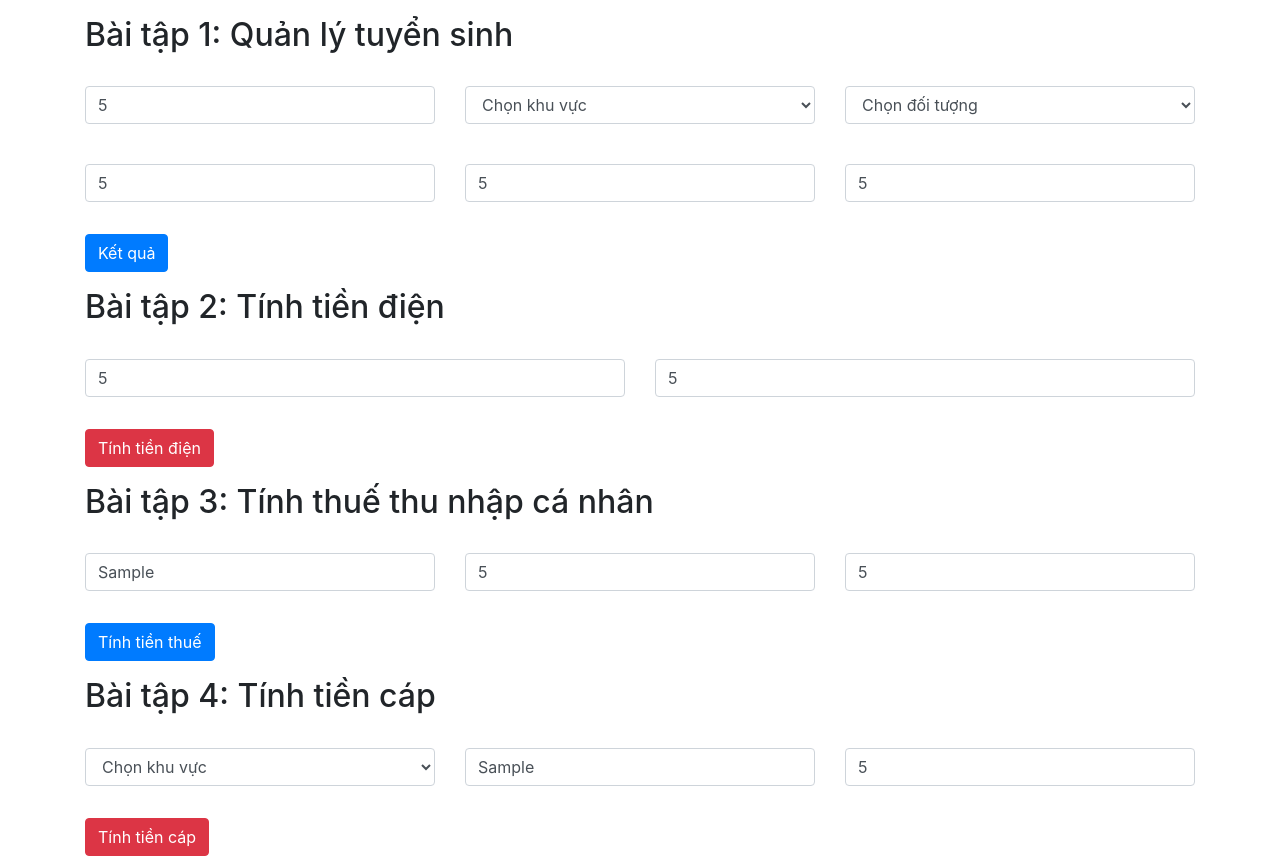
Repository: thanhfrankie/BC10-LeMinhThanh-Js-b5
Page: index.html
An editor plug-in stored every save of this project. The page is shown before and after a run of saves, followed by the edit.
The browser window is 1280 px wide. The pictures show the whole page.
Empty fields were first filled with sample values (such as "Sample", 5 or name@example.com).
After loading, the first visible `#ket-qua-tuyen-sinh` was clicked once.

Above is the page before, as saved 2023-12-15 19:51:33.
Console error: SyntaxError: Unexpected token ')'

### index.html
<!DOCTYPE html>
<html lang="en">
  <head>
    <title>Title</title>
    <!-- Required meta tags -->
    <meta charset="utf-8" />
    <meta
      name="viewport"
      content="width=device-width, initial-scale=1, shrink-to-fit=no"
    />

    <!-- Bootstrap CSS -->
    <link
      rel="stylesheet"
      href="https://stackpath.bootstrapcdn.com/bootstrap/4.3.1/css/bootstrap.min.css"
      integrity="sha384-ggOyR0iXCbMQv3Xipma34MD+dH/1fQ784/j6cY/iJTQUOhcWr7x9JvoRxT2MZw1T"
      crossorigin="anonymous"
    />
  </head>
  <body>
    <!-- Bài tập 1 -->
    <div class="container">
      <h2 class="mt-3">Bài tập 1: Quản lý tuyển sinh</h2>
      <div class="row">
        <div class="col-sm-4">
          <div class="form-group">
            <label for="luong-mot-ngay"></label>
            <input
              type="number"
              class="form-control"
              name=""
              id="luong-mot-ngay"
              aria-describedby="helpId"
              placeholder="Nhập lương một ngày"
              required
            />
          </div>
        </div>
        <div class="col-sm-4">
          <div class="form-group">
            <label for="khu-vuc"></label>
            <select class="form-control" id="khu-vuc">
              <option selected>Chọn khu vực</option>
              <option>A</option>
              <option>B</option>
              <option>C</option>
            </select>
          </div>
        </div>
        <div class="col-sm-4">
          <div class="form-group">
            <label for="doi-tuong"></label>
            <select class="form-control" id="doi-tuong">
              <option selected>Chọn đối tượng</option>
              <option>1</option>
              <option>2</option>
              <option>3</option>
            </select>
          </div>
        </div>
      </div>
      <div class="row">
        <div class="col-sm-4">
          <div class="form-group">
            <label for="diem-mon-thu-1"></label>
            <input
              type="number"
              class="form-control"
              name=""
              id="diem-mon-thu-1"
              aria-describedby="helpId"
              placeholder="Điểm môn thứ 1"
              required
            />
          </div>
        </div>
        <div class="col-sm-4">
          <div class="form-group">
            <label for="diem-mon-thu-2"></label>
            <input
              type="number"
              class="form-control"
              name=""
              id="diem-mon-thu-2"
              aria-describedby="helpId"
              placeholder="Điểm môn thứ 2"
              required
            />
          </div>
        </div>
        <div class="col-sm-4">
          <div class="form-group">
            <label for="diem-mon-thu-3"></label>
            <input
              type="number"
              class="form-control"
              name=""
              id="diem-mon-thu-3"
              aria-describedby="helpId"
              placeholder="Điểm môn thứ 3"
              required
            />
          </div>
        </div>
      </div>
      <button
        type="button"
        onclick="tuyenSinh()"
        class="btn btn-primary mt-3"
        id="ket-qua-tuyen-sinh"
      >
        Kết quả
      </button>
      <h3 id="ket-qua-trung-binh" class="text-success"></h3>
    </div>
    <!-- Bài tập 2 -->
    <div class="container">
      <h2 class="mt-3">Bài tập 2: Tính tiền điện</h2>
      <div class="row">
        <div class="col-sm-6">
          <div class="form-group">
            <label for="so-luong-USD"></label>
            <input
              type="number"
              class="form-control"
              name=""
              id="so-luong-USD"
              aria-describedby="helpId"
              placeholder="Nhập số tiền USD"
              required
            />
          </div>
        </div>
        <div class="col-sm-6">
          <div class="form-group">
            <label for="so-luong-USD"></label>
            <input
              type="number"
              class="form-control"
              name=""
              id="so-luong-USD"
              aria-describedby="helpId"
              placeholder="Nhập số tiền USD"
              required
            />
          </div>
        </div>
      </div>
      <button type="button" onclick="quyDoiTien()" class="btn btn-danger mt-3">
        Tính tiền điện
      </button>

      <h3 id="so-luong-VND" class="text-success"></h3>
    </div>
    <!-- Bài tập 3-->
    <div class="container">
      <h2 class="mt-3">Bài tập 3: Tính thuế thu nhập cá nhân</h2>
      <div class="row">
        <div class="col-sm-4">
          <div class="form-group">
            <label for="so-luong-USD"></label>
            <input
              type="text"
              class="form-control"
              name=""
              id="so-luong-USD"
              aria-describedby="helpId"
              placeholder="Nhập số tiền USD"
              required
            />
          </div>
        </div>
        <div class="col-sm-4">
          <div class="form-group">
            <label for="so-luong-USD"></label>
            <input
              type="number"
              class="form-control"
              name=""
              id="so-luong-USD"
              aria-describedby="helpId"
              placeholder="Nhập số tiền USD"
              required
            />
          </div>
        </div>
        <div class="col-sm-4">
          <div class="form-group">
            <label for="so-luong-USD"></label>
            <input
              type="number"
              class="form-control"
              name=""
              id="so-luong-USD"
              aria-describedby="helpId"
              placeholder="Nhập số tiền USD"
              required
            />
          </div>
        </div>
      </div>
      <button type="button" onclick="quyDoiTien()" class="btn btn-primary mt-3">
        Tính tiền thuế
      </button>
      <h3 id="so-luong-VND" class="text-success"></h3>
    </div>
    <!-- Bài tập 4-->
    <div class="container">
      <h2 class="mt-3">Bài tập 4: Tính tiền cáp</h2>
      <div class="row">
        <div class="col-sm-4">
          <div class="form-group">
            <label for=""></label>
            <select class="form-control" id="">
              <option selected>Chọn khu vực</option>
              <option>A</option>
              <option>B</option>
              <option>C</option>
            </select>
          </div>
        </div>
        <div class="col-sm-4">
          <div class="form-group">
            <label for="so-luong-USD"></label>
            <input
              type="text"
              class="form-control"
              name=""
              id="so-luong-USD"
              aria-describedby="helpId"
              placeholder="Nhập số tiền USD"
              required
            />
          </div>
        </div>
        <div class="col-sm-4">
          <div class="form-group">
            <label for="so-luong-USD"></label>
            <input
              type="number"
              class="form-control"
              name=""
              id="so-luong-USD"
              aria-describedby="helpId"
              placeholder="Nhập số tiền USD"
              required
            />
          </div>
        </div>
      </div>
      <button type="button" onclick="quyDoiTien()" class="btn btn-danger mt-3">
        Tính tiền cáp
      </button>

      <h3 id="so-luong-VND" class="text-success"></h3>
    </div>

    <!-- Optional JavaScript -->
    <!-- jQuery first, then Popper.js, then Bootstrap JS -->
    <script
      src="https://code.jquery.com/jquery-3.3.1.slim.min.js"
      integrity="sha384-q8i/X+965DzO0rT7abK41JStQIAqVgRVzpbzo5smXKp4YfRvH+8abtTE1Pi6jizo"
      crossorigin="anonymous"
    ></script>
    <script
      src="https://cdnjs.cloudflare.com/ajax/libs/popper.js/1.14.7/umd/popper.min.js"
      integrity="sha384-UO2eT0CpHqdSJQ6hJty5KVphtPhzWj9WO1clHTMGa3JDZwrnQq4sF86dIHNDz0W1"
      crossorigin="anonymous"
    ></script>
    <script
      src="https://stackpath.bootstrapcdn.com/bootstrap/4.3.1/js/bootstrap.min.js"
      integrity="sha384-JjSmVgyd0p3pXB1rRibZUAYoIIy6OrQ6VrjIEaFf/nJGzIxFDsf4x0xIM+B07jRM"
      crossorigin="anonymous"
    ></script>
    <script src="./index.js"></script>
  </body>
</html>

### index.js
// Bài tập 1
/**
 * B1: tạo biến, lấy giá trị từ input
 * B2: Xét các trường hợp
 * + nếu có môn điểm 0 => rớt
 * + chọn điểm chuẩn: ví dụ: 25
 * + tính điểm ưu tiên
 * + tính điểm tổng kết = tổng 3 môn thi + điểm ưu tiên
 * + so sánh điểm tổng kết và điểm chuẩn để kết luận đậu hay rớt
 * + gán sự kiện cho button
 * B3: hiển thị kết quả
 */
function tuyenSinh() {
    var diemChuan = 25
    var diemMon1 = document.getElementById("diem-mon-thu-1").value*1
    var diemMon2 =document.getElementById("diem-mon-thu-2").value*1
    var diemMon3 = document.getElementById("diem-mon-thu-3").value * 1
    var tongDiem3Mon = diemMon1 + diemMon2 + diemMon3
    var khuVucA = 2
    var khuVucB = 1
    var khuVucC = 0.5
    var doiTuong1 = 2.5
    var doiTuong2 = 1.5
    var doiTuong3 = 1
    var isKhuVucUuTien = false
    var isDoiTuongUuTien = false
    var diemKhuVuc = document.getElementById("khu-vuc").value
    var diemDoiTuong = document.getElementById("doi-tuong").value
    var diemUuTien = diemKhuVuc + diemDoiTuong
    var ketQua = document.getElementById("ket-qua-tuyen-sinh")
    if (diemMon1 || diemMon2 || diemMon3 == 0 ) {
        ketQua.innerText = `Kết quả: Rớt!!!`
    }
    if (isDoiTuongUuTien && isKhuVucUuTien) {
            if(tongDiem3Mon >)
        ketQua.innerText = `Kết quả: ${tongDiem3Mon} `
    }
}




// Bài tập 2
/**
 * B1: tạo biến, lấy giá trị từ input
 * B2: Tính lương
 * + tạo biến để tính lương: lương 1 ngày * số ngày làm
 * + gán sự kiện click cho button
 * B3: hiển thị kết quả
 */




// Bài tập 3
/**
 * B1: tạo biến, lấy giá trị từ input
 * B2: Tính lương
 * + tạo biến để tính lương: lương 1 ngày * số ngày làm
 * + gán sự kiện click cho button
 * B3: hiển thị kết quả
 */

After the next 5 saves:
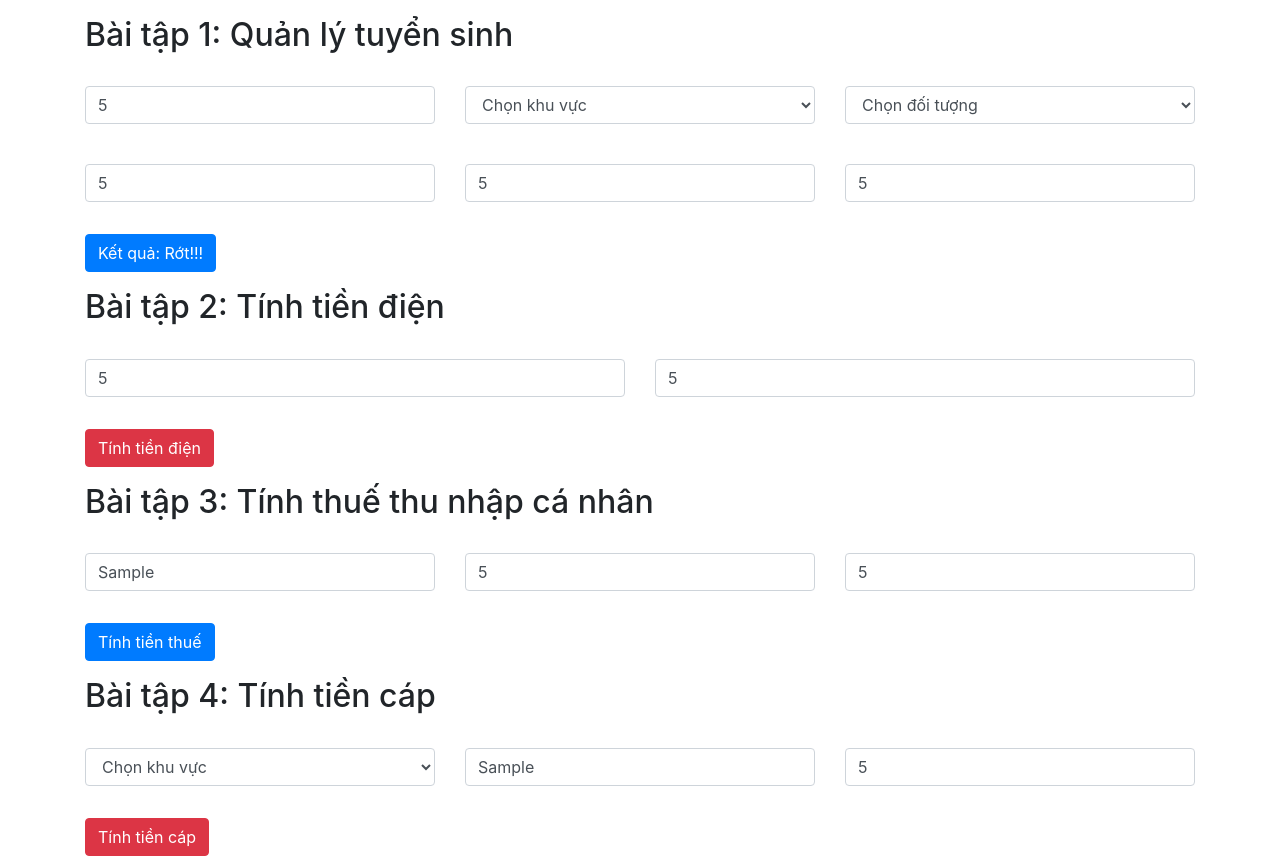
The error is gone.
The 5 saves are shown as one change because they came seconds apart.
The last was saved 15 s later.
--- a/index.js
+++ b/index.js
@@ -32,8 +32,11 @@ function tuyenSinh() {
         ketQua.innerText = `Kết quả: Rớt!!!`
     }
     if (isDoiTuongUuTien && isKhuVucUuTien) {
-            if(tongDiem3Mon >)
-        ketQua.innerText = `Kết quả: ${tongDiem3Mon} `
+        if (tongDiem3Mon > diemChuan) {
+
+            ketQua.innerText = `Kết quả: ${tongDiem3Mon} `
+        }
+
     }
 }
 
